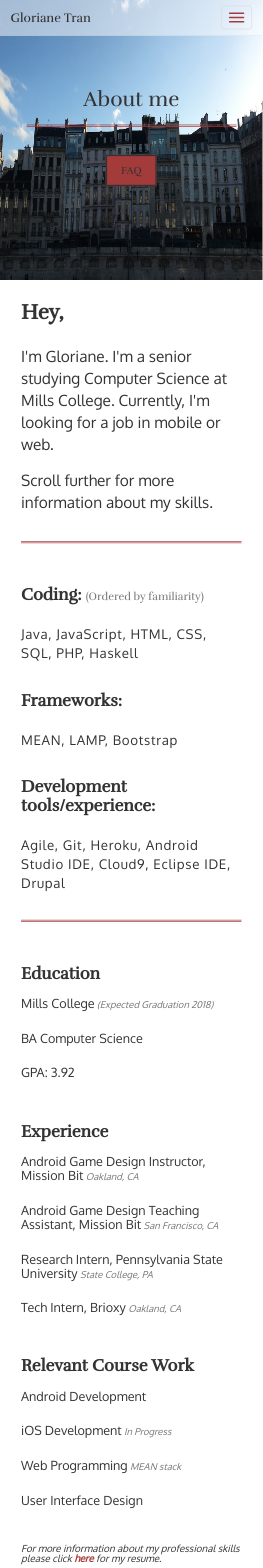
Repository: glorianetran/gloriane-web
Page: http://localhost/about
The author's editor kept a record of every edit. The page is drawn from the files as they stood at one moment, then again after the next edit.
The browser window is 375 px wide. The pictures show the part of the page from y = 0 to 2240 px (the page is 2902 px tall), at 70% of full size.
Some web libraries are served in a nearby version. The page is served by the project's Node server (app.js). Other server files are loaded and not shown.

Above is the page before.

### app_server/views/about.ejs
<!DOCTYPE html>
<html lang="en">
    <head>
        <% include partials/head.ejs %>
        <script type="text/javascript" src="https://code.jquery.com/jquery-1.11.0.min.js"></script>
        <link href="/stylesheets/about.css" rel="stylesheet">

        <!--FAQ script-->
    	<script>
        	jQuery(document).ready(function() {
        	function close_accordion_section() {
        		jQuery('.accordion .accordion-section-title').removeClass('active');
        		jQuery('.accordion .accordion-section-content').slideUp(300).removeClass('open');
        	}

        	jQuery('.accordion-section-title').click(function(e) {
        		// Grab current anchor value
        		var currentAttrValue = jQuery(this).attr('href');

        		if(jQuery(e.target).is('.active')) {
        			close_accordion_section();
        		}else {
        			close_accordion_section();

        			// Add active class to section title
        			jQuery(this).addClass('active');
        			// Open up the hidden content panel
        			jQuery('.accordion ' + currentAttrValue).slideDown(300).addClass('open');
        		}

        		e.preventDefault();
        	});
        });
	</script>
	</head>

    <body>
        <% include partials/nav%>

        <div class="jumbotron">
            <h2 class="text-center rufina">About me</h2>
            <strong><hr class="style"></strong>
            <br>
            <div class="text-center rufina">
                <input type="button" class="button" onClick="document.getElementById('faq').scrollIntoView();" value="FAQ">
            </div>
        </div>

        <!--About page main text-->
        <div class="container">
            <div class="margin">
                <h2 class="about-header rufina">Hey,</h2>
                <br>
                <div class="about-text oxygen">
                   I'm Gloriane. I'm a senior studying Computer Science at Mills College. Currently, I'm looking
                   for a job in mobile or web.
                </div>
                <br>
                <div class="about-text oxygen">Scroll further for more information about my skills. </div>
                <br>
                <hr class="style-2">
                <br>
                <h3 class="about-header rufina">Coding: <small>(Ordered by familiarity)</small></h3>
                <br>
                <div class="about-text-list oxygen">Java, JavaScript, HTML, CSS, SQL, PHP, Haskell</div>
                <br>
                <h3 class="about-header rufina">Frameworks:</h3>
                <br>
                <div class="about-text-list oxygen">MEAN, LAMP, Bootstrap</div>
                <br>
                <h3 class="about-header rufina">Development tools/experience:</h3>
                <br>
                <div class="about-text-list oxygen">Agile, Git, Heroku, Android Studio IDE, Cloud9, Eclipse IDE, Drupal</div>
                <br>
                <hr class="style-2">
                <br>
                <h3 class="about-header rufina">Education</h3>
                <h4 class="about-text-resume oxygen">Mills College<small><i> (Expected Graduation 2018)</i></small>
                <h4 class="about-text-resume oxygen">BA Computer Science</h4>
                <h4 class="about-text-resume oxygen">GPA: 3.92</h4>
                <br>
                <h3 class="about-header rufina">Experience</h3>
                <h4 class="about-text-resume oxygen">Android Game Design Instructor, Mission Bit<small><i> Oakland, CA</i></small></h4>
                <h4 class="about-text-resume oxygen">Android Game Design Teaching Assistant, Mission Bit<small><i> San Francisco, CA</i></small></h4>
                <h4 class="about-text-resume oxygen">Research Intern, Pennsylvania State University<small><i> State College, PA</i></small></h4>
                <h4 class="about-text-resume oxygen">Tech Intern, Brioxy<small><i> Oakland, CA</i></small></h4>
                <br>
                <h3 class="about-header rufina">Relevant Course Work</h3>
                <h4 class="about-text-resume oxygen">Android Development</h4>
                <h4 class="about-text-resume oxygen">iOS Development<small><i> In Progress</i></small></h4>
                <h4 class="about-text-resume oxygen">Web Programming<small><i> MEAN stack</i> </small></h4>
                <h4 class="about-text-resume oxygen">User Interface Design</h4>
                <br>
                <i><h5 class="oxygen">For more information about my professional skills please
                click <a href="https://drive.google.com/file/d/0B7LTg5vkTmfCWkQ1WWlfV2tndTNld3JjbjJ2OTZxSGRpb0Y0/view?usp=sharing" target="_blank"><b>here</b></a> for my resume.</h5></i>
                <br>
                <hr class="style-2">
                <br>

                 <!-- FAQ -->
                <h2 id="faq" class="about-header rufina text-center">FAQ</h2>
                <br>
                <br>
            	<div class="main">
            		<div class="accordion">

            			    <div class="accordion-section">
            			    	<a class="accordion-section-title rufina" href="#accordion-1">Who are you?</a>
            				    <div id="accordion-1" class="accordion-section-content">
            					    <p class="about-faq oxygen">I'm Gloriane. Most people call me Glo. My life motto is to "Glo with the flow."</p>
            				    </div><!--end .accordion-section-content-->
            		       	</div><!--end .accordion-section-->

            			    <div class="accordion-section">
            				    <a class="accordion-section-title rufina" href="#accordion-2">What do you do outside of class?</a>
            				    <div id="accordion-2" class="accordion-section-content">
            					    <p class="about-faq oxygen">I enjoy thinking about cool app ideas,
            					    improving my general knowledge, finding time to volunteer,
            					    and admiring the beauty of giraffes (and all animals). I'm also the president of the Mills Computer Club! </p>
            				    </div><!--end .accordion-section-content-->
            			    </div><!--end .accordion-section-->

            		    	<div class="accordion-section">
            				    <a class="accordion-section-title rufina" href="#accordion-3">What are your career goals?</a>
            				    <div id="accordion-3" class="accordion-section-content">
                					<p class="about-faq oxygen">My short term goal is to get a job in mobile/web to get more experience as a developer. My long term goal is to
                					find a job where I can combine my passion for social justice and technology. I want to be able to help
                					solve some of the world's most pressing issues with tech.</p>
            				    </div><!--end .accordion-section-content-->
            		    	</div><!--end .accordion-section-->

            			    <div class="accordion-section">
            				    <a class="accordion-section-title rufina" href="#accordion-4">What are your strengths/weaknesses?</a>
            				    <div id="accordion-4" class="accordion-section-content">
            					    <p class="about-faq oxygen">My strengths are: being on time,
            					    being organized, having a positive attitude, and embracing any confusion.
            					    My weaknesses are: obsessing over minor details, not asking for help when needed,
            					    public speaking, and spelling (spell-check spoils me).
            					    </p>
            				    </div><!--end .accordion-section-content-->
            		       	</div><!--end .accordion-section-->

            		       	<div class="accordion-section">
            				    <a class="accordion-section-title rufina" href="#accordion-5">What is one cool thing you have done?</a>
            				    <div id="accordion-5" class="accordion-section-content">
            					    <p class="about-faq oxygen">In my 2nd year of college, I studied abroad in Budapest, Hungary at Aquincum Institute of Technology (AIT).
            					    It was my first time leaving the United States. I traveled to 8 countries such as Spain, France, Denmark, etc. All of the images
            					    used for this website were taken while I was abroad. <br><br>
            					    </p>
            					    <div class="text-center">
            					        <h5 class="about-faq oxygen">Here's a picture of me worshipping a quiche the size of my face in Paris, France.</h5>
            					        <img src="/images/quiche.jpg"></img>
            					    </div>
            					    <br>
            				    </div><!--end .accordion-section-content-->
            		       	</div><!--end .accordion-section-->

                    </div><!--end .accordion-->
            	</div><!--end .main-->
            </div><!--end .margin-->
        </div><!--end .container-->
	</body>

	<% include partials/footer%>

</html>

### app_server/views/partials/head.ejs
<meta charset="utf-8">
<meta http-equiv="X-UA-Compatible" content="IE=edge">
<meta name="viewport" content="width=device-width, initial-scale=1">
<meta name="description" content="Gloriane Tran's personal website with information about her academic work and projects.">
<meta name="author" content="Gloriane Tran">

<!--jQuery-->
<script src="https://ajax.googleapis.com/ajax/libs/jquery/3.2.0/jquery.min.js"></script>

<!--Bootstrap Themes-->
<link rel="stylesheet" href="https://maxcdn.bootstrapcdn.com/bootstrap/3.3.7/css/bootstrap.min.css">
<script src="https://maxcdn.bootstrapcdn.com/bootstrap/3.3.7/js/bootstrap.min.js"></script>

<!--Icons-->
<link href="https://maxcdn.bootstrapcdn.com/font-awesome/4.7.0/css/font-awesome.min.css" rel="stylesheet">

<!--Stylesheets-->
<link href="/stylesheets/footer.css" rel="stylesheet">
<link href="/stylesheets/font.css" rel="stylesheet">
<link href="/stylesheets/nav.css" rel="stylesheet">

<!--Fonts-->
<link href="https://fonts.googleapis.com/css?family=Oxygen|Rufina" rel="stylesheet">

<!--Page Title -->
<title>Gloriane Tran | <%= title %></title>

### app_server/views/partials/nav.ejs
<nav class="navbar navbar-default navbar-fixed-top">
    <div class="container-fluid">
        <div class="navbar-header">
                <button type="button" class="navbar-toggle collapsed" data-toggle="collapse" data-target="#navbar" aria-expanded="false" aria-controls="navbar">
                <span class="icon-bar"></span>
                <span class="icon-bar"></span>
                <span class="icon-bar"></span>
            </button>
            <a class="navbar-brand rufina" href="/">Gloriane Tran</a>
        </div>

        <div class="navbar-collapse collapse" id="navbar">
            <ul class="nav navbar-nav navbar-right rufina">
                <li><a href="/">Home</a></li>
                <li><a href="/about">About</a></li>
                <li><a href="/projects">Projects</a></a></li>
            </ul>
        </div>
    </div>
</nav>

### app_server/views/partials/footer.ejs
<footer>
    <hr>
    <div class="container">
        <div class="text-center">
            <a href="https://www.linkedin.com/in/gloriane-tran-ab8592a7/" target="_blank"><i class="fa fa-linkedin-square fa-3x social"></i></a>
            <a href="https://github.com/glorianetran" target="_blank"><i class="fa fa-github-square fa-3x social"></i></a>
            <a href="mailto:glorianetran@gmail.com"><span class="glyphicon glyphicon-envelope"></span></a>
            <br>
            <br>
            <p class="rufina">Copyright © Gloriane Tran 2017</p>
        </div>
    </div>
</footer>

### app.js
var express = require('express');
var path = require('path');
var favicon = require('serve-favicon');
var logger = require('morgan');
var cookieParser = require('cookie-parser');
var bodyParser = require('body-parser');

var index = require('./app_server/routes/index');
var users = require('./app_server/routes/users');

var app = express();

// view engine setup
app.set('views', path.join(__dirname,'app_server', 'views'));
app.set('view engine', 'ejs');

// uncomment after placing your favicon in /public
//app.use(favicon(path.join(__dirname, 'public', 'favicon.ico')));
app.use(logger('dev'));
app.use(bodyParser.json());
app.use(bodyParser.urlencoded({ extended: false }));
app.use(cookieParser());
app.use(express.static(path.join(__dirname, 'public')));

app.use('/', index);
app.use('/users', users);

// catch 404 and forward to error handler
app.use(function(req, res, next) {
  var err = new Error('Not Found');
  err.status = 404;
  next(err);
});

// error handler
app.use(function(err, req, res, next) {
  // set locals, only providing error in development
  res.locals.message = err.message;
  res.locals.error = req.app.get('env') === 'development' ? err : {};

  // render the error page
  res.status(err.status || 500);
  res.render('error');
});

module.exports = app;

### app_server/controllers/main.js
/* GET home page */
module.exports.index = function(req, res) {
    res.render('index', {
        title: 'Home'
    });
};

/* GET about page. */
module.exports.about = function(req, res) {
    res.render('about', {
        title: 'About'
    });
};

/* GET projects page. */
module.exports.projects = function(req, res) {
    res.render('projects', {
        title: 'Projects'
    });
};

### public/stylesheets/footer.css
footer {
    width: 100%;
    height: 100px;
}


/*Social Media Links*/

.fa-3x {
    font-size: 3em;
    color: #A33B3B;
    margin: auto 5px;
}

.fa-3x:hover {
    color: #333333;
}


/*Link color*/

a {
    color: #A33B3B;
}

a:hover {
    color: #333333;
}

a:focus {
    color: #A33B3B;
}


/*Email Icon*/

span.glyphicon-envelope {
    font-size: 2.5em;
    margin: auto 5px;
}

.glyphicon {
    top: 3px;
}

### public/stylesheets/font.css
.rufina{
    font-family: 'Rufina', serif;
}

.oxygen{
    font-family: 'Oxygen', sans-serif;
}

### public/stylesheets/nav.css
.navbar-default .navbar-brand {
    color: #A33B3B;
    font-size: 18px;
}

.navbar-default .navbar-brand:hover,
.navbar-default .navbar-brand:focus {
    color: #2C2B2B;
}

.navbar-default .navbar-nav>li>a {
    color: #A33B3B;
    font-size: 16px;
}

.navbar-default {
    background-color: RGBA(255, 255, 255, .5);
    border-color: #E7E7E7;
}

.icon-bar {
    background-color: #A33B3B !important;
}

### public/stylesheets/about.css
hr.style {
    border-top: 3px double #000000;
    width: 350px;
    border-color: #A33B3B;
}

hr.style-2 {
    border-top: 3px double #000000;
    width: 100%;
    border-color: #A33B3B;
    text-align: left;
}

.button {
    border-radius: 0px;
    color: #333333;
    font-size: 15px;
    font-weight: 500;
    background: RGBA(255, 255, 255, .2);
    padding: 10px 20px 10px 20px;
    border: solid #333333 2px;
    outline: none !important;
}

.button:hover {
    background: #A33B3B;
    text-decoration: none;
    color: #333333;
}

.jumbotron {
    margin-bottom: 0px;
    padding: 9% 0;
    width: 100%;
    background-image: url("/images/about.jpg");
    background-size: 100% 100%;
    height: 400px;
}

.container {
    width: 100%;
    padding: 0px;
}

.margin {
    margin: 90px 200px;
}

.about-text {
    font-size: 22px;
}

.about-faq {
    font-size: 16px;
}

.about-text-list {
    font-size: 19px;
    letter-spacing: 1px;
}

.about-text-resume {
    padding: 10px 0px;
}

.about-header {
    font-weight: 800;
}


/*----- Accordion FAQ -----*/

.accordion,
.accordion * {
    box-sizing: border-box;
}

.accordion {
    overflow: hidden;
    box-shadow: 0px 1px 3px rgba(0, 0, 0, 0.25);
    border-radius: 3px;
    background: #f7f7f7;
}


/*----- Section Titles -----*/

.accordion-section-title {
    width: 100%;
    padding: 15px;
    display: inline-block;
    border-bottom: 1px solid #1a1a1a;
    background: #333333;
    transition: all linear 0.15s;
    font-size: 1.200em;
    color: #FFFFFF;
    text-decoration: none;
}

.accordion-section-title.active,
.accordion-section-title:hover {
    background: #A33B3B;
    color: #333333;
    text-decoration: none;
    font-weight: bolder;
}

.accordion-section:last-child .accordion-section-title {
    border-bottom: none;
}


/*----- Section Content -----*/

.accordion-section-content {
    padding: 15px;
    display: none;
}

a:focus,
a:hover {
    color: #fff;
    text-decoration: none;
}


/*Responsive*/

@media (max-width: 975px) {
    .margin {
        margin: 40px 60px;
    }
    .jumbotron {
        padding: 12% 0;
    }
    .button {
        background: #A33B3B;
    }
    .button:hover {
        background: #333333;
        color: #A33B3B;
    }
}

@media (max-width: 730px) {
    html,
    body {
        width: auto !important;
        overflow-x: hidden !important;
    }
    .margin {
        margin: 30px 30px;
    }
    .jumbotron {
        padding: 15% 0px;
    }
    .button {
        background: #A33B3B;
    }
    .button:hover {
        background: #333333;
        color: #A33B3B;
    }
}

@media (max-width: 521px) {
    hr.style {
        width: 300px;
    }
    .margin {
        margin: 30px 30px;
    }
    .jumbotron {
        padding: 28% 0;
    }
    .button {
        background: #A33B3B;
    }
    .button:hover {
        background: #333333;
        color: #A33B3B;
    }
}

After the next edit:
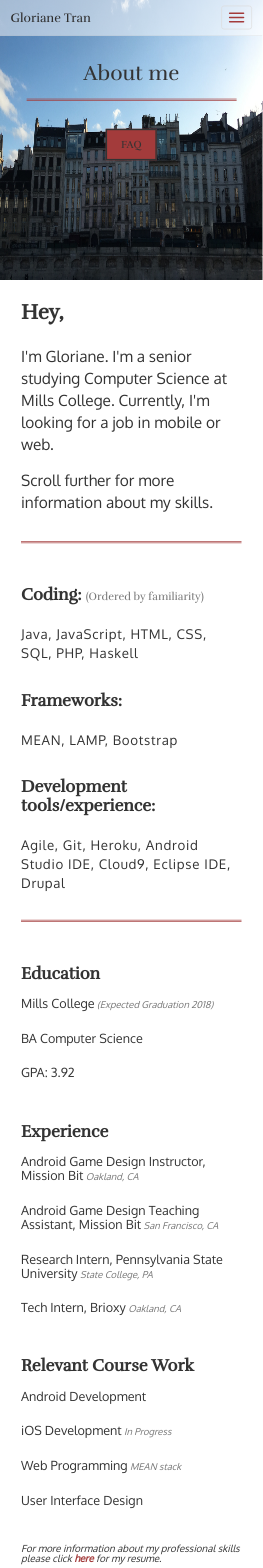
The edit:
--- a/public/stylesheets/about.css
+++ b/public/stylesheets/about.css
@@ -171,7 +171,7 @@
         margin: 30px 30px;
     }
     .jumbotron {
-        padding: 28% 0;
+        padding: 18% 0;
     }
     .button {
         background: #A33B3B;
